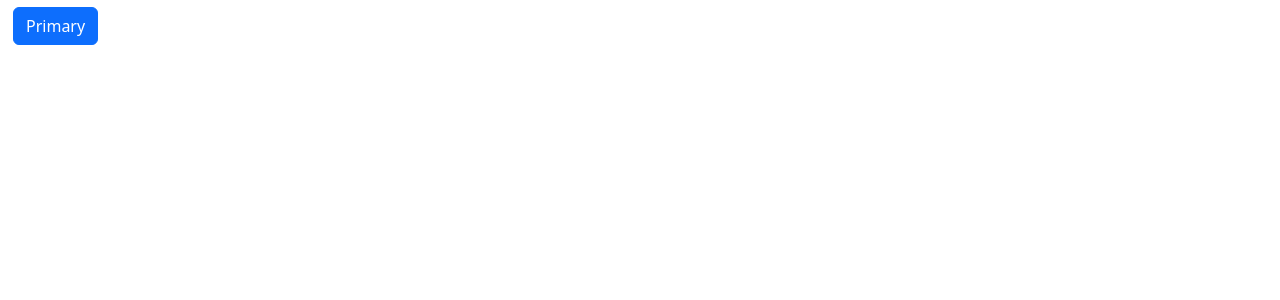
Repository: farrelmuhammad/chatbot-reactjs
Page: /
The author's editor kept a copy of each file at every save. The page is drawn from the files as they stood at one save, then again after the next save.
The browser window is 1280 px wide. The pictures show the whole page.
The project was rebuilt for these pictures with package versions that can differ from the ones it lists, and the page was loaded fresh each time. Also part of the build but not shown: src/App.css.

Above is the page before, as saved 2022-11-23 14:24:06.

After the next save:
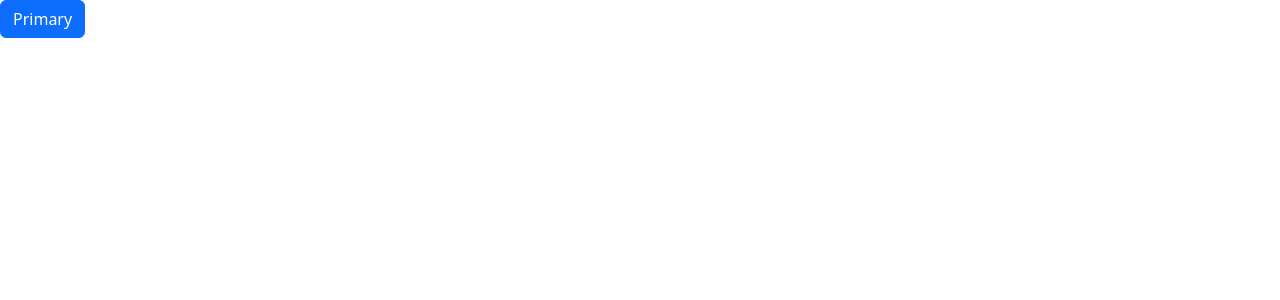
Saved 19 s later.
--- a/src/App.js
+++ b/src/App.js
@@ -4,11 +4,9 @@ import './App.css';
 function App() {
   return (
     <>
-    <div className="float-right">
-      <div className="btn">
+      <div className="float-right">
         <button className="btn btn-primary">Primary</button>
       </div>
-    </div>
     </>
   );
 }
